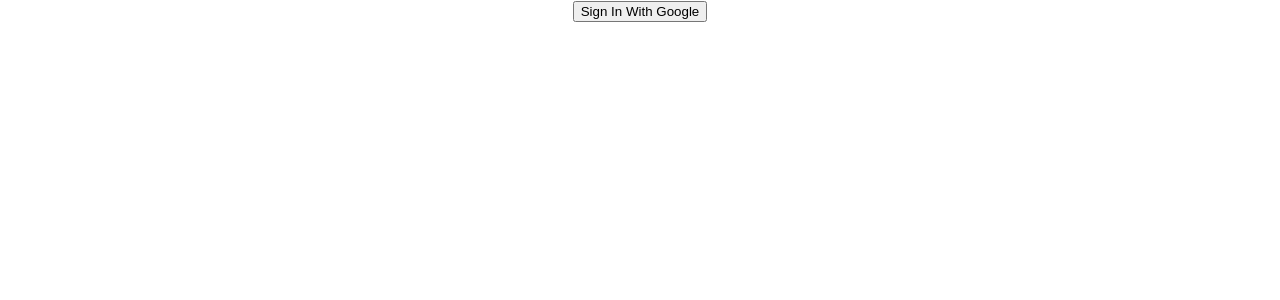
Repository: Baskaran-Ra/ReactJs-GoogleAuth
Page: / (app in google-login/)
The author's editor kept a copy of each file at every save. The page is drawn from the files as they stood at one save, then again after the next save.
The browser window is 1280 px wide. The pictures show the whole page.
The page's requests for data from a server got no answer. The project was rebuilt for these pictures with package versions that can differ from the ones it lists, and the page was loaded fresh each time. No one was signed in, and anything a server would have sent is missing.

Above is the page before, as saved 2022-12-19 17:27:51.

After the next save:
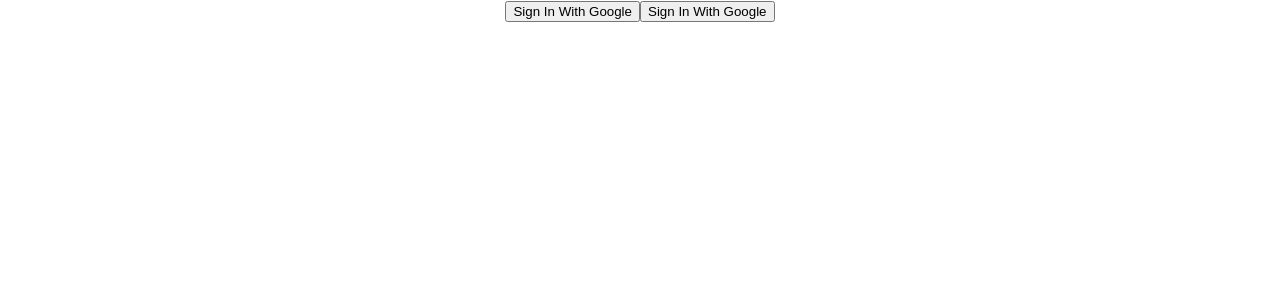
Saved 21 s later.
--- a/google-login/src/App.js
+++ b/google-login/src/App.js
@@ -6,6 +6,7 @@
 function App() {
   return (
     <div className="App">
+     <button onClick={signInWithGoogle}>Sign In With Google </button>
      <button onClick={signInWithGoogle}>Sign In With Google </button>
      <h1>{localStorage.getItem("name")}</h1>
      <h1>{localStorage.getItem("email")}</h1>
